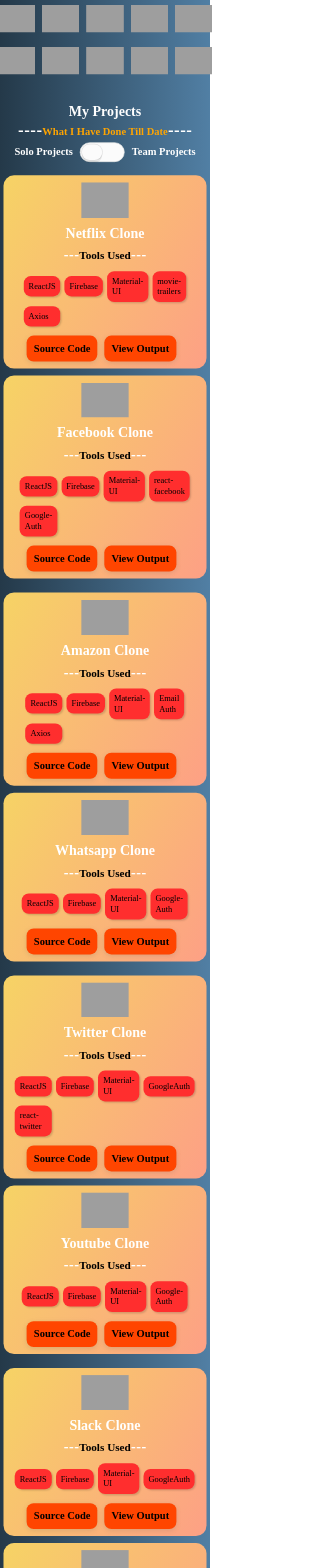
Repository: rgnSayan/my-portfolio-react
Page: /
These files come from the project's save history. The page is drawn as it stood at one moment and after the next save; the edit follows.
The browser window is 375 px wide. The page is 444 px wide, so the pictures cover 444 px, including what lies to the right of the window. The pictures show the part of the page from y = 699 to 2939 px (the page is 4679 px tall), at 70% of full size.
Pictures or frames that could not be fetched are drawn as grey boxes. Some web fonts or font styles are not loaded; a fallback is used. The project was rebuilt for these pictures with package versions that can differ from the ones it lists, and the page was loaded fresh each time. Also part of the build but not shown: src/Components/GroupProjects.css, src/Components/GroupProjects.js. Imported but missing from the stored project, and not drawn on this page: src/document/document.pdf.

Above is the page before, as saved 2021-09-17 02:04:16.

### src/App.js
import React from 'react'
import Sidebar from './Components/Sidebar'
import Home from './Components/Home'
import './App.css';

function App() {
  return (
    <div className="app">
      <Sidebar />
      <Home />
    </div>
  );
}

export default App;

### src/Components/Sidebar.js
import React from 'react'
import FacebookIcon from '@material-ui/icons/Facebook';
import TwitterIcon from '@material-ui/icons/Twitter';
import InstagramIcon from '@material-ui/icons/Instagram';
import LinkedInIcon from '@material-ui/icons/LinkedIn';
import GitHubIcon from '@material-ui/icons/GitHub';
import MenuIcon from '@material-ui/icons/Menu';
import './Sidebar.css'

function Sidebar() {
    return (
        <div className="sidebar">
            <div className="menu__icon">
                <MenuIcon />
            </div>
            <div className="sidebar__photo">
                <img src="https://scontent.fdbd2-1.fna.fbcdn.net/v/t1.6435-9/50722839_1972004216426448_5408939378581962752_n.jpg?_nc_cat=109&ccb=1-5&_nc_sid=174925&_nc_ohc=hJIp246pz9oAX-RyI-j&_nc_ht=scontent.fdbd2-1.fna&oh=cc929815b4dcd171b51b8dd32e2a6384&oe=61610B0F" alt="" />
                <h2>Sayan Mondal</h2>
                <div className="social__media">
                    <a href="https://www.facebook.com/sayan28072000" target="_blank" rel="noreferrer"><FacebookIcon style={{ color: "#4267B2" }} /></a>
                    <a href="https://www.instagram.com/sayan_ronnie/" target="_blank" rel="noreferrer"><InstagramIcon
                        style={{ color: "#cd486b" }} /></a>
                    <a href="https://twitter.com/SAYANMO83622224/" target="_blank" rel="noreferrer"><TwitterIcon
                        style={{ color: "#1DA1F2" }} /></a>
                    <a href="https://www.linkedin.com/in/sayan-mondal-9145731ba/" target="_blank" rel="noreferrer">< LinkedInIcon style={{ color: "#0077b5" }} /></a>
                    <a href="https://github.com/rgnSayan" target="_blank" rel="noreferrer"><GitHubIcon
                        style={{ color: "#4078c0" }} /></a>
                </div>
            </div>

            <div className="sidebar__option">
                <a href="#home"><span>🏠 Home</span></a>
                <a href="#skills"><span>💻 My Skills</span></a>
                <a href="#projects"><span> 📁 My Projects</span></a>
                <a href="#certificates"><span> 📜 Certificates</span></a>
                <a href="#experiences"><span>💼 Experience</span></a>
                <a href="#contact"><span>📞 Contact Me</span></a>
            </div>
        </div>
    )
}

export default Sidebar

### src/Components/Home.js
import React from 'react'
import HomePage from './HomePage'
import './Home.css'
import Projects from './Projects'
import Skills from './Skills'
import Certificates from './Certificates'
import Experience from './Experience'
import Contact from './Contact'

function Home() {
    return (
        <div className="home">
            <HomePage />
            <Skills />
            <Projects />
            <Certificates />
            <Experience />
            <Contact />
        </div>
    )
}

export default Home

### src/App.css
* {
  margin: 0;
}
.app {
  display: flex;
}

::-webkit-scrollbar {
  width: 15px;
}

::-webkit-scrollbar-track {
  box-shadow: inset 0 0 5px #000;
  border-radius: 10px;
  background-color: black;
}

::-webkit-scrollbar-thumb {
  background: orange;
  border-radius: 10px;
}

### src/Components/Sidebar.css
@import url("https://fonts.googleapis.com/css2?family=Redressed&display=swap");
.sidebar {
  display: flex;
  flex-direction: column;
  flex: 0.2;
  background-color: #272829;
  height: 100vh;
  box-shadow: rgba(0, 0, 0, 0.15) 1.95px 1.95px 2.6px;
  position: sticky;
  z-index: 1;
  top: 0;
  left: 0;
}

.sidebar__photo > img {
  height: 120px;
  width: 120px;
  border-radius: 50%;
  border: 7px solid yellow;
}

.sidebar__photo {
  display: flex;
  align-items: center;
  justify-content: center;
  flex-direction: column;
  margin-top: 10px;
}

.sidebar__photo > h2 {
  font-family: Redressed;
  font-size: 30px;
  padding-top: 10px;
  color: #fff;
}

.sidebar__option {
  display: flex;
  flex-direction: column;
  margin-top: 10px;
  margin-left: 20px;
  line-height: 2.1;
}
.sidebar__option a {
  text-decoration: none;
}

.sidebar__option a > span {
  font-size: 25px;
  font-family: "Redressed", cursive;
  text-align: start;
  font-weight: 500;
  color: #fff;
  /* text-decoration: none; */
}

.sidebar__option a > span:hover {
  cursor: pointer;
  font-weight: 700;
  transition: all 0.5s ease-in-out;
  color: orange;
}

.social__media a > .MuiSvgIcon-root {
  color: black;
  background-color: orange;
  border-radius: 50%;
  padding: 7px;
  margin-right: 5px;
  margin-top: 5px;
  cursor: pointer;
  animation: spin 10s linear infinite;
  animation-play-state: paused;
}
.social__media a > .MuiSvgIcon-root:hover {
  animation-play-state: running;
}
@keyframes spin {
  100% {
    transform: rotate(1turn);
  }
}
.menu__icon > .MuiSvgIcon-root {
  display: none;
}

@media screen and (max-width: 450px) {
  .menu__icon > .MuiSvgIcon-root {
    display: flex;
    color: orange;
    font-size: 2em;
    margin: 0.5em;
  }
  .sidebar {
    display: none;
  }
}

### src/Components/HomePage.js
import React from 'react'
import PersonIcon from '@material-ui/icons/Person';
import './HomePage.css'

function HomePage() {
    return (
        <div className="homePage" id="home">
            <div className="homePage__details">
                <h3>Hi THERE ! </h3>
                <h1> I'M <span>Sayan Mondal</span></h1>
                <p>I'm a Front End Engineer from Durgapur, West Bengal☀️.<br /> I describe myself as a passionate developer who loves coding, open source, and the web platform 💻.I am Currently Pursuing BTech From KIIT University.Bhubaneswar 🎓.</p>
            </div>
            <div className="about__me">
                <label>About Me</label>
                <PersonIcon />
            </div>
        </div>
    )
}

export default HomePage

### src/Components/Home.css
.home {
  display: flex;
  flex: 0.8;
  flex-direction: column;
  background-image: linear-gradient(to right, #243949 0%, #517fa4 100%);
  width: 80vw;
  height: 100%;
  padding-bottom: 30px;
}

@media screen and (min-width: 450px) {
  .home {
    width: 100vw;
  }
}

### src/Components/Projects.js
import React, { useState } from 'react'
import SoloProjects from './SoloProjects'
import GroupProjects from './GroupProjects'
import './Projects.css'

function Projects() {
    const [soloProjectSelected, setSoloProjectSelected] = useState(true);
    return (
        <div className="project__container" id="projects">
            <div className="projects">
                <h1>My Projects</h1>
                <h3>----<span>What I Have Done Till Date</span>----</h3>
            </div>
            <div className="project__cards">
                <div className="projects__toggleSwitch">
                    <h4>Solo Projects</h4>
                    <input
                        class="tgl tgl-ios"
                        id="cb2"
                        type="checkbox"
                        onChange={(e) => setSoloProjectSelected(!soloProjectSelected)}
                    />
                    <label class="tgl-btn" for="cb2"></label>
                    <h4>Team Projects</h4>
                </div>
                <div className="projects__content">
                    {soloProjectSelected ? <SoloProjects /> : <GroupProjects />}
                </div>
            </div>
        </div>
    )
}

export default Projects

### src/Components/Skills.js
import React from 'react'
import './Skills.css'

function Skills() {
    return (
        <div className="skills" id="skills">
            <div className="skills__header">
                <h1>My Skills</h1>
                <h3>---<span>Things I Know</span>---</h3>
            </div>
            <div className="skills__content">
                <img src="https://cdn.pixabay.com/photo/2017/08/05/11/16/logo-2582748_640.png" alt="" />
                <img src="https://cdn.freelogovectors.net/wp-content/uploads/2020/04/css-3-logo.png" alt="" />
                <img src="https://i0.wp.com/asthaandsidharth.com/wp-content/uploads/2016/03/js-logo.png?fit=500%2C500&ssl=1" alt="" />
                <img src="https://upload.wikimedia.org/wikipedia/commons/thumb/a/a7/React-icon.svg/1280px-React-icon.svg.png" alt="" />

            </div>
            <div className="skills__content">
                <img src="https://upload.wikimedia.org/wikipedia/commons/thumb/1/18/C_Programming_Language.svg/1200px-C_Programming_Language.svg.png" alt="" />
                <img src="https://upload.wikimedia.org/wikipedia/commons/thumb/1/18/ISO_C%2B%2B_Logo.svg/1200px-ISO_C%2B%2B_Logo.svg.png" alt="" />
                <img src="https://upload.wikimedia.org/wikipedia/commons/thumb/c/c3/Python-logo-notext.svg/1200px-Python-logo-notext.svg.png" alt="" />
                <img src="https://i.pinimg.com/originals/41/95/cf/4195cf989fac0128a89669f40a1e3496.png" alt="" />
                <img src="https://material-ui.com/static/logo.png" alt="" />
            </div>
            <div className="skills__content">
                <img src="https://www.freepnglogos.com/uploads/logo-mysql-png/logo-mysql-mysql-logo-png-images-are-download-crazypng-21.png" alt="" />
                <img src="https://github.githubassets.com/images/modules/logos_page/GitHub-Mark.png" alt="" />
                <img src="https://cdn.dribbble.com/users/528264/screenshots/3140440/firebase_logo.png" alt="" />
                <img src="https://about.gitlab.com/images/press/logo/png/gitlab-logo-gray-stacked-rgb.png" alt="" />
                <img src="https://www.kindpng.com/picc/m/188-1882559_python-flask-hd-png-download.png" alt="" />
            </div>
        </div>
    )
}

export default Skills

### src/Components/Certificates.js
import React from 'react'
import './Certificates.css'
import javascript from '../images/javaScript.png'
import juspay from '../images/Juspay.png'
import ps from '../images/ProblemSolving.png'
import react from '../images/React.png'
import sql from '../images/SQL.png'
import pv from '../images/PV.jpg'

function Certificates() {
    return (
        <div className="certificates" id="certificates" >
            <div className="certificates__header">
                <h1>My Certificates</h1>
                <h4>---<span>Achievements</span>---</h4>
            </div>
            <div className="certificates__container">
                <img src={pv} alt="###" />
                <img src={juspay} alt="###" />
            </div>
            <div className="certificates__container">
                <img src={ps} alt="###" />
                <img src={react} alt="###" />
            </div>
            <div className="certificates__container container3">
                <img src={sql} alt="###" />
                <img src={javascript} alt="###" />
            </div>
        </div>
    )
}

export default Certificates

### src/Components/Experience.js
import React from 'react'
import document from '../document/document.pdf'
import './Experience.css'

function Experience() {
    return (
        <div className="experience" id="experiences">
            <div className="experience__header">
                <h1>Experience</h1>
                <h4>---<span>My Adventure</span>---</h4>
            </div>

            <div className="experience__content">

                <div className="experience__container">
                    <div className="container__id">
                        <p>1</p>
                    </div>
                    <div className="container__header">
                        <h2>Prime Vogue</h2>
                        <h4>5th July 2021 - 10 Sep 2021</h4>
                        <h3> Front End Developer </h3>
                    </div>
                    <div className="container__body">
                        <p>During the period, I handled Designing & Development of the website as a web developer. I worked on various frameworks including ReactJS, Redux, Material-UI, Firebase.</p>
                    </div>
                    <div className="container__skills">
                        <p>HTML</p>
                        <p>CSS</p>
                        <p>JavaScript</p>
                        <p>ReactJS</p>
                        <p>Firebase</p>
                        <p>Redux</p>
                    </div>
                    <div className="container__button">
                        <a href={document} target="_blank" rel="noreferrer">
                            <button>View Docs</button>
                        </a>
                    </div>
                </div>

                <div className="experience__container">
                    <div className="container__id">
                        <p>2</p>
                    </div>
                    <div className="container__header">
                        <h2>Oye Beauty</h2>
                        <h4>6th August 2021 - Present</h4>
                        <h3> Front End Developer </h3>
                    </div>
                    <div className="container__body">
                        <p>During the period, I am handling Designing & Development of the website as a web developer. I worked on various frameworks including ReactJS, Redux ,Firebase,Github.</p>
                    </div>
                    <div className="container__skills">
                        <p>HTML</p>
                        <p>CSS</p>
                        <p>JavaScript</p>
                        <p>ReactJS</p>
                    </div>
                    <div className="container__skills">
                        <p>Firebase</p>
                        <p>Redux</p>
                        <p>Axios</p>
                    </div>
                </div>
            </div>
        </div>
    )
}

export default Experience

### src/Components/Contact.js
import React from 'react'
import PhoneIcon from '@material-ui/icons/Phone';
import MailIcon from '@material-ui/icons/Mail';
import RoomIcon from '@material-ui/icons/Room';
import './Contact.css'

function Contact() {
    return (
        <div className="contact" id="contact">

            <div className="contact__header">
                <h1>Contact</h1>
                <h4>---<span>How To Reach Me</span>---</h4>
            </div>

            <div className="contact__container">
                <div className="contact__phone">
                    <PhoneIcon style={{ color: "4285F4" }} />
                    <h3>+91 8967697371</h3>
                </div>
                <div className="contact__location">
                    <a href="https://www.google.com/maps/@23.5673375,87.2730191,16z" target="_blank" rel="noreferrer">
                        <RoomIcon style={{ color: 'FF0000' }} />
                    </a>
                    <h3>Durgapur, West Bengal</h3>
                </div>
                <div className="contact__mail">
                    <a href="mailto:1805603@kiit.ac.in" target="_blank" rel="noreferrer">
                        <MailIcon style={{ color: "EA4335" }} />
                    </a>
                    <h3>1805603@kiit.ac.in</h3>
                </div>
            </div>

        </div >
    )
}

export default Contact

### src/Components/HomePage.css
.homePage__details > h3 {
  color: #fff;
  font-family: Redressed;
  font-size: 35px;
  margin-top: 100px;
  margin-left: 23%;
}

.homePage__details > h1 {
  color: #fff;
  font-family: Redressed;
  font-size: 80px;
  padding-top: 15px;
  text-align: center;
}
.homePage__details > h1 > span {
  color: orange;
}
.homePage__details > p {
  color: white;
  font-family: Redressed;
  text-align: start;
  font-size: 25px;
  margin: 2% 24%;
}
.about__me {
  display: flex;
  align-items: center;
  justify-content: center;
  background-color: orange;
  padding: 10px;
  width: 110px;
  margin-left: 24%;
  border-radius: 15px;
  margin-bottom: 13%;
}

.about__me > label {
  color: white;
  font-size: 20px;
  font-family: Redressed;
  padding-right: 10px;
  text-transform: capitalize;
  color: black;
}

.about__me > .MuiSvgIcon-root {
  color: black;
}

@media screen and (max-width: 450px) {
  .homePage__details > h3 {
    font-size: 30px;
    margin-left: 2%;
  }
  .homePage__details > h1 {
    font-size: 40px;
    padding-bottom: 10%;
  }
  .homePage__details > p {
    text-align: center;
    font-size: 20px;
    margin: 0% 2%;
    line-height: 1.8;
    padding-bottom: 10%;
  }
  .homePage__details {
    margin-top: -30%;
  }
  .about__me {
    margin-bottom: 15%;
    margin-left: 28%;
  }
}

### src/Components/Projects.css
.projects > h1 {
  color: #fff;
  font-size: 30px;
  font-family: Redressed;
  text-align: center;
  margin-top: 10px;
}
.projects > h3 {
  color: #fff;
  text-align: center;
  padding-top: 5px;
}
.projects > h3 > span {
  color: orange;
  font-family: Redressed;
  font-size: 30px;
}
.tgl {
  display: none;
}

.tgl,
.tgl:after,
.tgl:before,
.tgl *,
.tgl *:after,
.tgl *:before,
.tgl + .tgl-btn {
  box-sizing: border-box;
}

.tgl::-moz-selection,
.tgl:after::-moz-selection,
.tgl:before::-moz-selection,
.tgl *::-moz-selection,
.tgl *:after::-moz-selection,
.tgl *:before::-moz-selection,
.tgl + .tgl-btn::-moz-selection {
  background: none;
}

.tgl::selection,
.tgl:after::selection,
.tgl:before::selection,
.tgl *::selection,
.tgl *:after::selection,
.tgl *:before::selection,
.tgl + .tgl-btn::selection {
  background: none;
}

.tgl + .tgl-btn {
  outline: 0;
  display: block;
  width: 4em;
  height: 1.75em;
  position: relative;
  cursor: pointer;
  -webkit-user-select: none;
  -moz-user-select: none;
  -ms-user-select: none;
  user-select: none;
}

.tgl + .tgl-btn:after,
.tgl + .tgl-btn:before {
  position: relative;
  display: block;
  content: "";
  width: 50%;
  height: 100%;
}

.tgl + .tgl-btn:after {
  left: 0;
}

.tgl + .tgl-btn:before {
  display: none;
}

.tgl:checked + .tgl-btn:after {
  left: 50%;
}

.tgl-ios + .tgl-btn {
  background: #fbfbfb;
  border-radius: 2em;
  padding: 2px;
  transition: all 0.4s ease;
  border: 1px solid #e8eae9;
}

.tgl-ios + .tgl-btn:after {
  border-radius: 2em;
  background: #fbfbfb;
  transition: left 0.3s cubic-bezier(0.175, 0.885, 0.32, 1.275),
    padding 0.3s ease, margin 0.3s ease;
  box-shadow: 0 0 0 1px rgba(0, 0, 0, 0.1), 0 4px 0 rgba(0, 0, 0, 0.08);
}

.tgl-ios + .tgl-btn:hover:after {
  will-change: padding;
}

.tgl-ios + .tgl-btn:active {
  box-shadow: inset 0 0 0 2em #e8eae9;
}

.tgl-ios + .tgl-btn:active:after {
  padding-right: 0.8em;
}

.tgl-ios:checked + .tgl-btn {
  background: orange;
}

.tgl-ios:checked + .tgl-btn:active {
  box-shadow: none;
}

.tgl-ios:checked + .tgl-btn:active:after {
  margin-left: -0.8em;
}
.projects__toggleSwitch > h4 {
  color: #fff;
  font-size: 20px;
  text-align: center;
  font-family: Redressed;
  padding: 10px;
}
.projects__toggleSwitch {
  display: flex;
  align-items: center;
  justify-content: center;
}

@media screen and (max-width: 450px) {
  .projects > h1 {
    font-size: 20px;
  }
  .projects > h3 > span {
    font-size: 15px;
  }
  .projects__toggleSwitch > h4 {
    font-size: 15px;
  }
}

### src/Components/Skills.css
.skills {
  padding-bottom: 7%;
}

.skills__header > h1 {
  color: #fff;
  font-family: Redressed;
  text-align: center;
}
.skills__header > h3 {
  color: #fff;
  font-family: Redressed;
  text-align: center;
}
.skills__header > h3 > span {
  color: orange;
}
.skills__content > img {
  height: 105px;
  width: auto;
  padding: 20px;
  cursor: pointer;
  transition: transform 0.2s;
}

.skills__content {
  display: flex;
  align-items: center;
  justify-content: space-evenly;
}
.skills__content > img:hover {
  transform: scale(1.5);
}

@media screen and (max-width: 450px) {
  .skills__content > img {
    height: 40px;
    padding: 10px 5px;
  }
  .skills__content {
    justify-content: center;
  }
}

### src/Components/Certificates.css
.certificates__header > h1 {
  color: #fff;
  font-size: 40px;
  font-weight: bold;
  font-family: Redressed;
  text-align: center;
}
.certificates__header {
  line-height: 1.5;
}
.certificates__header > h4 {
  color: #fff;
  font-family: Redressed;
  font-size: 20px;
  text-align: center;
}
.certificates__header > h4 > span {
  color: orange;
}
.certificates__container > img {
  height: 40%;
  width: 45%;
  margin: 10px;
}
.certificates__container {
  margin: 10px;
  display: flex;
  align-items: center;
  justify-content: center;
}
.certificates__container > img:hover {
  transform: translateY(-10px);
  box-shadow: rgba(0, 0, 0, 0.35) 0px 5px 15px;
}

### src/Components/Experience.css
.experience {
  padding-top: 10px;
}

.experience__header > h1 {
  color: #fff;
  text-align: center;
  font-family: Redressed;
  font-size: 40px;
  font-weight: bold;
}
.experience__header > h4 {
  color: #fff;
  text-align: center;
  font-family: Redressed;
  font-size: 20px;
}
.experience__header > h4 > span {
  color: orange;
}

.container__id > p {
  color: #fff;
  font-size: 40px;
  border-radius: 50%;
  padding: 10px 25px;
  background-color: #6c757d;
  font-family: Redressed;
}

.container__id {
  display: flex;
  align-items: center;
  justify-content: center;
}

.experience__content {
  display: flex;
  margin-top: 2%;
}

.experience__container {
  margin: 15px;
  width: 45%;
  padding: 15px;
  background-image: linear-gradient(120deg, #f6d365 0%, #fda085 100%);
  border-radius: 20px;
}

.container__header > h2 {
  text-align: center;
  font-family: Redressed;
  font-size: 30px;
}
.container__header > h4 {
  text-align: center;
  font-family: Redressed;
  font-size: 15px;
}

.container__header > h3 {
  text-align: center;
  font-family: Redressed;
  font-size: 25px;
  font-weight: bold;
}
.container__header {
  line-height: 1.5;
  margin-bottom: 15px;
}
.container__body {
  text-align: justify;
  font-family: Redressed;
  margin-bottom: 15px;
}

.container__skills {
  display: flex;
  align-items: center;
  justify-content: center;
}
.container__skills > p {
  color: #fff;
  font-family: Redressed;
  background-color: orangered;
  margin: 5px;
  padding: 10px;
  border-radius: 10px;
  cursor: pointer;
}

.container__button a > button {
  padding: 15px 25px;
  border-radius: 10px;
  background-color: red;
  border: none;
  color: #fff;
  font-family: Redressed;
  cursor: pointer;
}

.container__button {
  display: flex;
  align-items: center;
  justify-content: center;
  margin-top: 30px;
}

### src/Components/Contact.css
.contact__header > h1 {
  font-size: 40px;
  text-align: center;
  color: #fff;
  font-weight: bold;
  font-family: Redressed;
  padding-top: 5%;
}

.contact__header > h4 {
  font-size: 20px;
  text-align: center;
  color: #fff;
  font-family: Redressed;
}
.contact__header > h4 > span {
  color: orange;
}

.contact__header {
  margin-bottom: 2%;
}

.contact__container {
  display: flex;
  align-items: center;
  justify-content: space-evenly;
}
.contact__phone {
  display: flex;
  align-items: center;
  justify-content: center;
  flex-direction: column;
  cursor: pointer;
}

.contact__phone > .MuiSvgIcon-root {
  color: #fff;
  padding: 10px;
  background-color: #fbbc05;
  border-radius: 50%;
  margin: 10px;
}
.contact__phone > .MuiSvgIcon-root:hover {
  transform: translateY(-10px);
}

.contact__phone > h3 {
  color: #fff;
  font-family: Redressed;
}
.contact__mail {
  display: flex;
  align-items: center;
  justify-content: center;
  flex-direction: column;
  cursor: pointer;
}
.contact__mail a > .MuiSvgIcon-root {
  color: #fff;
  padding: 10px;
  background-color: #fbbc05;
  border-radius: 50%;
  margin: 10px;
  text-decoration: none;
}

.contact__mail a > .MuiSvgIcon-root:hover {
  transform: translateY(-10px);
}

.contact__mail > h3 {
  color: #fff;
  font-family: Redressed;
}
.contact__location {
  display: flex;
  align-items: center;
  justify-content: center;
  flex-direction: column;
  cursor: pointer;
}
.contact__location a > .MuiSvgIcon-root {
  color: #fff;
  padding: 10px;
  background-color: #fbbc05;
  border-radius: 50%;
  margin: 10px;
}
.contact__location a > .MuiSvgIcon-root:hover {
  transform: translateY(-10px);
}

.contact__location > h3 {
  color: #fff;
  font-family: Redressed;
}

### src/Components/SoloProjects.css
.soloProjects {
  display: flex;
  margin-top: 10px;
}

.soloProjects__card > img {
  height: 25%;
  width: 25%;
}
.soloProjects__card > img:hover {
  transform: scale(1.5);
}

.soloProjects__card > img.grow {
  transition: all 0.2s ease-in-out;
}

.soloProjects__card {
  display: flex;
  align-items: center;
  justify-content: center;
  flex-direction: column;
  margin: 5px 15px;
  background-image: linear-gradient(120deg, #f6d365 0%, #fda085 100%);
  padding: 10px;
  border-radius: 15px;
  height: 100%;
}

.soloProjects__card > h1 {
  color: #fff;
  font-size: 30px;
  font-weight: bold;
  font-family: Redressed;
  padding: 10px;
  text-align: center;
}
.soloProjects__card > ul {
  list-style: none;
  display: flex;
  align-items: center;
  justify-content: center;
  margin-top: 10px;
}
.soloProjects__card > ul > li {
  padding: 7px;
  font-size: 20px;
  font-family: Redressed;
  background-color: #ff2e2e;
  margin: 5px;
  border-radius: 10px;
  box-shadow: rgba(0, 0, 0, 0.15) 1.95px 1.95px 2.6px;
}
.soloProjects__card > ul > li:hover {
  transform: translateY(-15px);
}

.soloProjects__card > h4 {
  color: #fff;
  text-align: center;
}
.soloProjects__card > h4 > span {
  color: black;
  font-family: Redressed;
}
.soloProjects__button a > button {
  text-decoration: none;
  background-color: orangered;
  border: none;
  padding: 15px;
  border-radius: 10px;
  margin-right: 10px;
  margin-top: 10px;
  font-family: Redressed;
  font-weight: bold;
  font-size: 20px;
  box-shadow: rgba(99, 99, 99, 0.2) 0px 2px 8px 0px;
}

@media screen and (max-width: 450px) {
  .soloProjects {
    flex-direction: column;
  }
  .soloProjects__card > h1 {
    font-size: 20px;
  }
  .soloProjects__card > ul > li {
    font-size: 12px;
    margin: 3px;
  }
  .soloProjects__card > ul {
    display: grid;
    margin-right: 15%;
    grid-template-columns: auto auto auto auto;
  }
  .soloProjects__button a > button {
    font-size: 15px;
    padding: 10px;
  }
  .soloProjects__card {
    margin: 5px;
  }
}

Loaded but not shown: public/index.html (common file); src/index.js (common file); src/index.css (common file); src/reportWebVitals.js (common file); src/Components/SoloProjects.js (184 lines, source omitted)

After the next save:
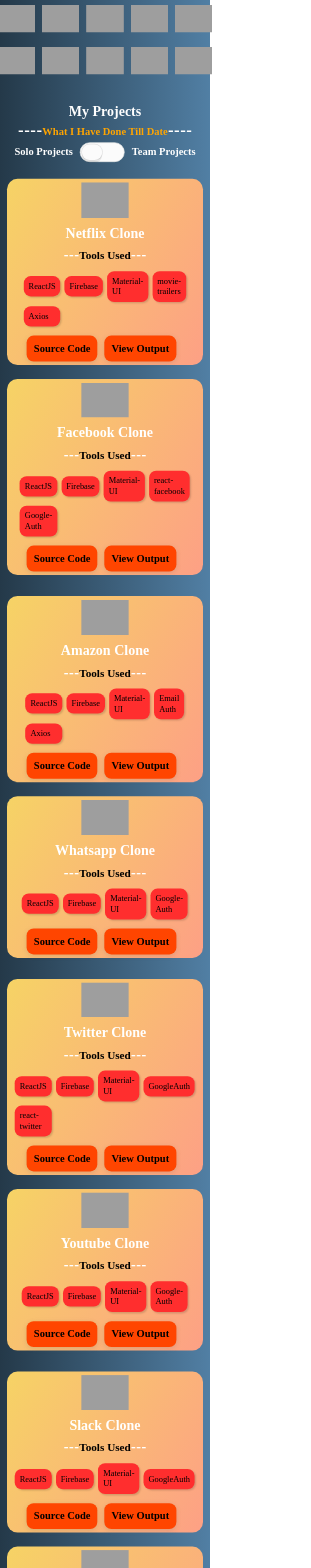
Saved 11 s later.
--- a/src/Components/SoloProjects.css
+++ b/src/Components/SoloProjects.css
@@ -98,6 +98,7 @@
     padding: 10px;
   }
   .soloProjects__card {
-    margin: 5px;
+    margin: 10px;
+    padding: 5px;
   }
 }
